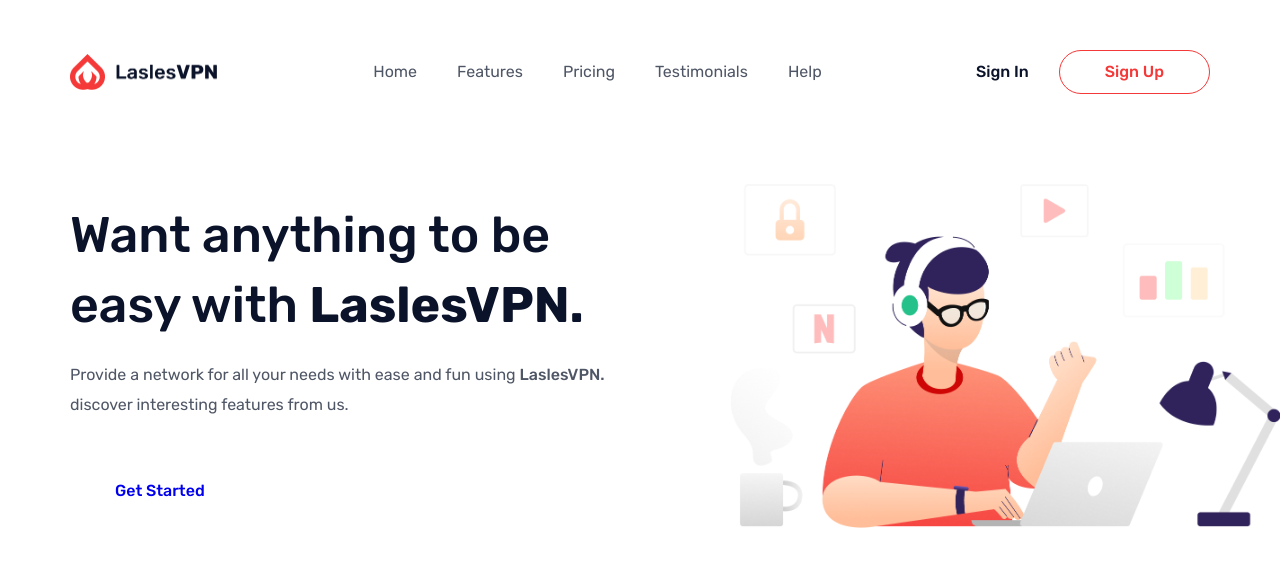
Repository: kebinh1235/lasles-demo
Page: index.html
These files come from the project's save history. The page is drawn as it stood at one moment and after the next save; the edit follows.
The browser window is 1280 px wide. The pictures show the whole page.
The style sheet was rebuilt from its Sass, Less or Tailwind sources for each picture, by a compiler version that may differ from the author's.

Above is the page before, as saved 2021-10-30 13:36:58.

### index.html
<!DOCTYPE html>
<html lang="en">
<head>
  <meta charset="UTF-8">
  <meta http-equiv="X-UA-Compatible" content="IE=edge">
  <meta name="viewport" content="width=device-width, initial-scale=1.0">
  <title>Lales VPN</title>
  <!-- Google Font -->
  <link rel="preconnect" href="https://fonts.googleapis.com">
  <link rel="preconnect" href="https://fonts.gstatic.com" crossorigin>
  <link href="https://fonts.googleapis.com/css2?family=Nunito:wght@300;400&family=Rubik:wght@400;500;700&display=swap" rel="stylesheet">
  <!-- CSS -->
  <link rel="stylesheet" href="./css/app.css">
</head>
<body>
  <div class="wrapper">
    <header class="header">
      <div class="container">
        <div class="header__container">
          <img class="header__logo" srcset="./images/logo.png 2x" alt="Logo">
          <ul class="menu">
            <li class="menu-item">
              <a href="#" class="menu-link">Home</a>
            </li>
            <li class="menu-item">
              <a href="#" class="menu-link">Features</a>
            </li>
            <li class="menu-item">
              <a href="#" class="menu-link">Pricing</a>
            </li>
            <li class="menu-item">
              <a href="#" class="menu-link">Testimonials</a>
            </li>
            <li class="menu-item">
              <a href="#" class="menu-link">Help</a>
            </li>
          </ul>
          <div class="header__auth">
            <a href="#" class="header__auth-signin">Sign In</a>
            <a href="#" class="header__auth-signup">Sign Up</a>
          </div>
        </div>
      </div>
    </header>
    <main>
      <section class="hero">
        <div class="container">
          <div class="hero__container">
            <div class="hero__content">
              <h1 class="hero__title">
                Want anything to be easy with <strong>LaslesVPN.</strong>
              </h1>
              <p class="hero__desc">Provide a network for all your needs with ease and fun using <strong>LaslesVPN.</strong> discover interesting features from us.</p>
              <a href="#" class="btn btn-primary">Get Started</a>
            </div>
            <div class="hero__img">
              <img srcset="./images/hero.png 2x" alt="">
            </div>
          </div>
        </div>
      </section>
    </main>
  </div>
</body>
</html>

### sass/app.scss
@import "variables";
@import "global";
@import "reset";
@import "header";
@import "hero";

### sass/_variables.scss
$font: "Rubik", sans-serif;
$text-color: #4f5665;
$heading-color: #0b132a;
$primary-color: #f53838;
$gray-color: #DDE0E4;

### sass/_global.scss
.wrapper {
  max-width: 1440px;
  margin: 0 auto;
}
.container {
  max-width: 1170px;
  padding: 0 15px;
  margin: 0 auto;
}
body {
  font-family: $font;
  color: $text-color;
  line-height: 1;
  font-weight: 400;
}
.btn {
  display: inline-block;
  padding: 13px 45px;
  border-radius: 100rem;
  font-family: $font;
  line-height: 1;
  font-weight: 500;
  font-size: 16px;
  cursor: pointer;
}

### sass/_reset.scss
html {
box-sizing: border-box;
}
* {
  margin: 0;
  padding: 0;
  text-decoration: none;
  list-style: none;
}
*,*:before,*:after {
box-sizing: border-box;
}
input,
textarea,
select,
button{
outline: none;
}
input{
line-height: normal;
}
label,
button{
cursor: pointer;
}
a {
text-decoration: none;
}
img {
display: block;
max-width: 100%;
}

### sass/_header.scss
.header {
  padding-top: 50px;
  padding-bottom: 90px;
  &__container {
    display:flex;
    justify-content: space-between;
    align-items: center;
  }
  &__auth {
    display:flex;
    align-items: center;
    gap: 0 30px;
    text-transform: capitalize;
    font-weight: 500;
    &-signin {
      color: $heading-color;
    }
    &-signup {
      color: $primary-color;
      border: 1px solid $primary-color;
      padding: 13px 45px;
      border-radius: 100rem;
    }

  }
}
.menu {
  display: flex;
  align-self: center;
  gap: 0 40px;
  &-link {
    color: inherit;
  }
}

### sass/_hero.scss
.hero {
  &__container {
    display:flex;
    justify-content: space-between;
    align-items: center;
    gap: 0 40px;
  }
  &__content {
    width: 100%;
    max-width: 555px;
  }
  &__title {
    font-size: 50px;
    font-weight: 500;
    margin-bottom: 20px;
    line-height: calc(70 / 50);
    color: $heading-color;
  }
  &__desc {
    flex-shrink: 0;
    line-height: calc(30 / 16);
    margin-bottom: 50px;
    strong {
      font-weight: 500;
    }
  }
  &__img {
    width: 100%;
    transform: translateX(70px);
  }
}

After the next save:
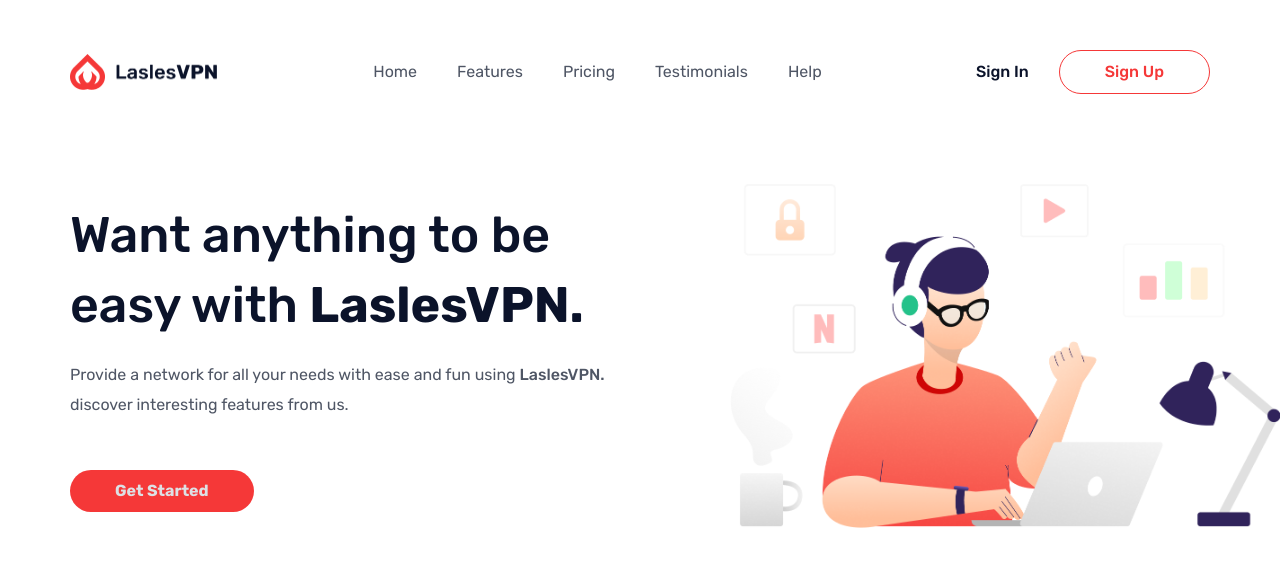
Saved 79 s later.
--- a/sass/_global.scss
+++ b/sass/_global.scss
@@ -23,3 +23,8 @@
   font-size: 16px;
   cursor: pointer;
 }
+.btn.btn-primary {
+  background: $primary-color;
+  font-weight: 700;
+  color: $gray-color;
+}
